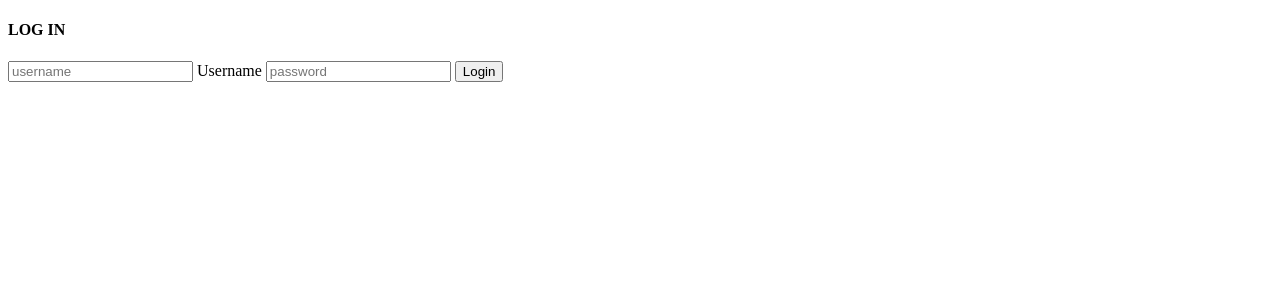
Repository: huyna1707/learning-git
Page: index.html
These files come from the project's save history. The page is drawn as it stood at one moment and after the next save; the edit follows.
The browser window is 1280 px wide. The pictures show the whole page.

Above is the page before, as saved 2024-08-09 23:10:37.

### index.html
<!DOCTYPE html>
<html>
<head>
    <title>Form Login</title>
    <link rel="stylesheet" href="style.css">
    <script defer src="main.js"></script>
</head>
<body>
    <form action="menu">
        <h4>LOG IN</h4>
        <input type="text" placeholder="username" id="username">
        <label for="username">Username</label>
        <input type="password" placeholder="password" id="password">
        <button type="submit" onclick="login">Login</button>
    </form>
</body>
</html>

### main.js
// window.prompt('What is your name?');

Loaded but not shown: style.css (no stored copy; drawn as an empty file)

After the next save:
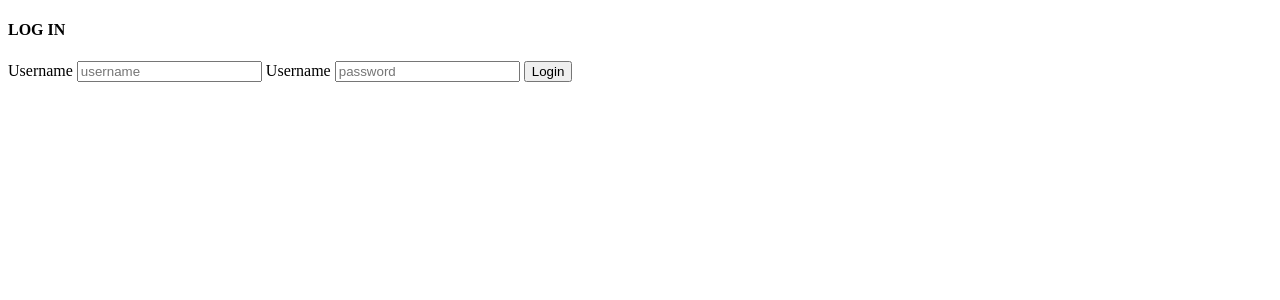
Saved 8 s later.
--- a/index.html
+++ b/index.html
@@ -8,6 +8,7 @@
 <body>
     <form action="menu">
         <h4>LOG IN</h4>
+        <label for="username">Username</label>
         <input type="text" placeholder="username" id="username">
         <label for="username">Username</label>
         <input type="password" placeholder="password" id="password">
